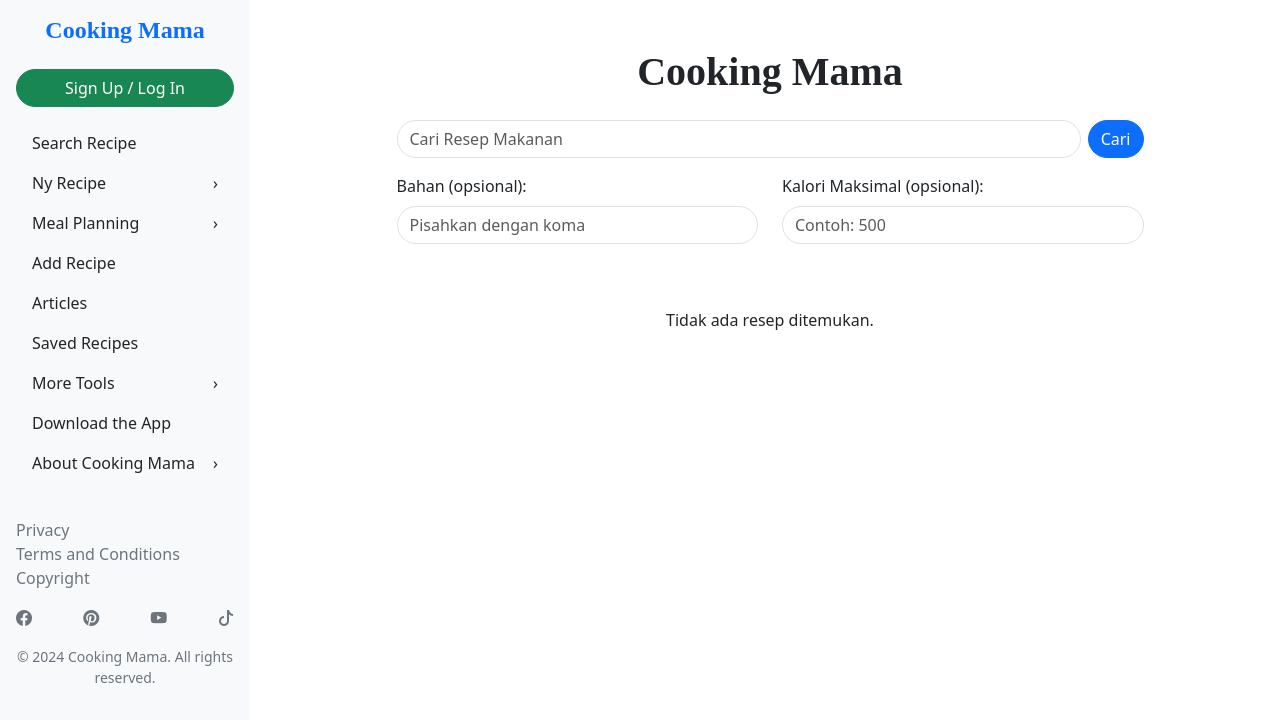
Repository: julius2510/UAS_Frontend_Kelompok10
Page: views/index.html
An editor plug-in stored every save of this project. The page is shown before and after the next save, followed by the edit.
The browser window is 1280 px wide. The pictures show the whole page.
The page's requests for data from a server got no answer.

Above is the page before, as saved 2024-11-24 12:09:56.
Console error: TypeError: Cannot read properties of null (reading 'addEventListener')

### views/index.html
<!DOCTYPE html>
<html lang="en">
<head>
  <meta charset="UTF-8">
  <meta name="viewport" content="width=device-width, initial-scale=1.0">
  <title>Cooking Mama</title>
  <link href="https://cdn.jsdelivr.net/npm/bootstrap@5.3.0/dist/css/bootstrap.min.css" rel="stylesheet">
  <link href="https://cdn.jsdelivr.net/npm/bootstrap-icons/font/bootstrap-icons.css" rel="stylesheet">
</head>
<body>
  <div class="d-flex">
    <!-- Sidebar Navbar -->
    <nav class="bg-light p-3 d-flex flex-column justify-content-between" style="width: 250px; height: 100vh; position: fixed; top: 0; left: 0; overflow-y: auto;">
      <!-- Header -->
      <div>
          <h2 class="fs-4 fw-bold text-primary text-center" style="font-family: cursive;">Cooking Mama</h2>
        <a href="/loginin" style="text-decoration: none;">
        <button class="btn btn-success w-100 rounded-pill my-3">Sign Up / Log In</button>
      </a>
        <ul class="nav flex-column">
          <!-- Search Recipe -->
          <li class="nav-item">
            <a href="/searchrecipe" class="nav-link text-dark">Search Recipe<span class="float-end"></span></a>
          </li>
          <li class="nav-item">
            <a class="nav-link text-dark" data-bs-toggle="collapse" href="#myRecipe" role="button" aria-expanded="false" aria-controls="myRecipe">
              Ny Recipe <span class="float-end">&rsaquo;</span>
            </a>
            <div class="collapse" id="myRecipe">
              <ul class="list-unstyled ps-3">
                <li><a href="/views/addRecipe.html" class="nav-link text-secondary">Add Recipe</a></li>
                <li><a href="/views/searchrecipe.html" class="nav-link text-secondary">Search Recipe</a></li>
              </ul>
            </div>
          </li>
          <!-- Meal Planning -->
          <li class="nav-item">
            <a class="nav-link text-dark" data-bs-toggle="collapse" href="#collapseMealPlanning" role="button" aria-expanded="false" aria-controls="collapseMealPlanning">
              Meal Planning <span class="float-end">&rsaquo;</span>
            </a>
            <div class="collapse" id="collapseMealPlanning">
              <ul class="list-unstyled ps-3">
                <li><a href="#" class="nav-link text-secondary">Weekly Plan</a></li>
                <li><a href="#" class="nav-link text-secondary">Shopping List</a></li>
              </ul>
            </div>
          </li>
          <!-- Recipes -->
          <li class="nav-item">
            <a href="/addrecipe" class="nav-link text-dark">Add Recipe<span class="float-end"></span></a>
          </li>
          <!-- Articles -->
          <li class="nav-item">
            <a href="/article" class="nav-link text-dark">Articles <span class="float-end"></span></a>
          </li>
          <!-- Saved Recipes -->
          <li class="nav-item">
            <a href="/resep" class="nav-link text-dark">Saved Recipes <span class="float-end"></span></a>
          </li>
          <!-- More Tools -->
          <li class="nav-item">
            <a class="nav-link text-dark" data-bs-toggle="collapse" href="#collapseTools" role="button" aria-expanded="false" aria-controls="collapseTools">
              More Tools <span class="float-end">&rsaquo;</span>
            </a>
            <div class="collapse" id="collapseTools">
              <ul class="list-unstyled ps-3">
                <li><a href="#" class="nav-link text-secondary">Cooking Timer</a></li>
                <li><a href="#" class="nav-link text-secondary">Measurement Converter</a></li>
              </ul>
            </div>
          </li>
          <!-- Download the App -->
          <li class="nav-item">
            <a href="#" class="nav-link text-dark">Download the App <span class="float-end"></span></a>
          </li>

          <li class="nav-item">
            <a class="nav-link text-dark" data-bs-toggle="collapse" href="#collapseAbout" role="button" aria-expanded="false" aria-controls="collapseTools">
              About Cooking Mama <span class="float-end">&rsaquo;</span>
            </a>
            <div class="collapse" id="collapseAbout">
              <ul class="list-unstyled ps-3">
                <li><a href="/about#about" class="nav-link text-secondary">About Us</a></li>
                <li><a href="/about#contact" class="nav-link text-secondary">Contact Us</a></li>
                <li><a href="/about#faq" class="nav-link text-secondary">FAQ</a></li>
              </ul>
            </div>
          </li>
        </ul>


      </div>

      <!-- Footer -->
      <div>

        <ul class="list-unstyled">
          <li><a href="#" class="nav-link text-secondary">Privacy</a></li>
          <li><a href="#" class="nav-link text-secondary">Terms and Conditions</a></li>
          <li><a href="#" class="nav-link text-secondary">Copyright</a></li>
        </ul>
        <div class="d-flex justify-content-between mt-3">
          <a href="#" class="text-secondary"><i class="bi bi-facebook"></i></a>
          <a href="#" class="text-secondary"><i class="bi bi-pinterest"></i></a>
          <a href="#" class="text-secondary"><i class="bi bi-youtube"></i></a>
          <a href="#" class="text-secondary"><i class="bi bi-tiktok"></i></a>
        </div>
        <p class="text-secondary mt-3 text-center small">© 2024 Cooking Mama. All rights reserved.</p>
      </div>
    </nav>

<!-- Main Content -->
<div class="container mt-5" style="margin-left: 260px;">
  <h1 class="text-center mb-4 fs-1 fw-bold" style="font-family: cursive;">Cooking Mama</h1>
  <div class="d-flex justify-content-center">
    <form id="searchForm" class="d-flex flex-column w-75">
      <div class="input-group mb-3">
        <input type="text" id="query" class="form-control me-2 rounded-pill" placeholder="Cari Resep Makanan">
        <button type="submit" class="btn btn-primary rounded-pill">Cari</button>
      </div>
      <!-- Filter options -->
      <div class="row mb-3">
        <div class="col-md-6">
          <label for="ingredients" class="form-label">Bahan (opsional):</label>
          <input type="text" id="ingredients" class="form-control rounded-pill" placeholder="Pisahkan dengan koma">
        </div>
        <div class="col-md-6">
          <label for="maxCalories" class="form-label">Kalori Maksimal (opsional):</label>
          <input type="number" id="maxCalories" class="form-control rounded-pill" placeholder="Contoh: 500">
        </div>
      </div>
    </form>
  </div>
  <div id="results" class="row g-4 mt-4"></div>
  <div id="recipeDetails" class="mt-5"></div>
</div>





  <script>
const apiKey = 'c30bb4e46d6d4ec082eb3f1c8cf1c071';
const searchForm = document.getElementById('searchForm');
const resultsDiv = document.getElementById('results');
const recipeDetailsDiv = document.getElementById('recipeDetails');

// Fungsi untuk mendapatkan resep default (12 resep pertama)
async function getDefaultRecipes() {
  const apiUrl = `https://api.spoonacular.com/recipes/complexSearch?apiKey=${apiKey}&number=12`; // Ambil 12 resep pertama
  try {
    const response = await fetch(apiUrl);
    const data = await response.json();
    return data.results;
  } catch (error) {
    console.error('Error fetching recipes:', error);
    resultsDiv.innerHTML = `<p class="text-danger text-center">Terjadi kesalahan saat mengambil data.</p>`;
  }
}

// Fungsi untuk mendapatkan data resep berdasarkan pencarian
async function getRecipes(query, ingredients = '', maxCalories = '') {
  let apiUrl = `https://api.spoonacular.com/recipes/complexSearch?apiKey=${apiKey}`;
  if (query) apiUrl += `&query=${query}`;
  if (ingredients) apiUrl += `&includeIngredients=${ingredients}`;
  if (maxCalories) apiUrl += `&maxCalories=${maxCalories}`;

  try {
    const response = await fetch(apiUrl);
    const data = await response.json();
    return data.results;
  } catch (error) {
    console.error('Error fetching recipes:', error);
    resultsDiv.innerHTML = `<p class="text-danger text-center">Terjadi kesalahan saat mengambil data.</p>`;
  }
}

// Fungsi untuk menampilkan data resep
function displayRecipes(recipes) {
  resultsDiv.innerHTML = '';
  recipeDetailsDiv.innerHTML = ''; // Bersihkan detail sebelumnya
  if (!recipes || recipes.length === 0) {
    resultsDiv.innerHTML = '<p class="text-center">Tidak ada resep ditemukan.</p>';
    return;
  }

  recipes.forEach(recipe => {
    console.log(`Displaying recipe: ID=${recipe.id}, Title=${recipe.title}`); // Debug log
    const recipeCard = `
      <div class="col-md-4">
        <div class="card shadow-lg border-0 h-100" style="overflow: hidden; transition: transform 0.3s;">
          <img src="${recipe.image}" class="card-img-top" alt="${recipe.title}" style="height: 200px; object-fit: cover;">
          <div class="card-body d-flex flex-column">
            <h5 class="card-title text-primary fw-bold">${recipe.title}</h5>
            <p class="text-secondary small">Cocok untuk menu harian anda!</p>
            <div class="mt-auto">
              <button class="btn btn-success w-100 mb-2 rounded-pill" onclick="showRecipeDetails(${recipe.id})">
                <i class="bi bi-eye"></i> Lihat Detail
              </button>
              <button class="btn btn-success w-100 rounded-pill" onclick="saveRecipe(${recipe.id}, '${recipe.title}', '${recipe.image}')">
  <i class="bi bi-bookmark"></i> Save Recipe
</button>
            </div>
          </div>
        </div>
      </div>
    `;
    resultsDiv.innerHTML += recipeCard;
  });

  // Tambahkan efek hover ke semua kartu
  const cards = document.querySelectorAll('.card');
  cards.forEach(card => {
    card.addEventListener('mouseover', () => {
      card.style.transform = 'scale(1.05)';
    });
    card.addEventListener('mouseout', () => {
      card.style.transform = 'scale(1)';
    });
  });
}

// Fungsi untuk mendapatkan detail resep
async function getRecipeDetails(recipeId) {
  const apiUrl = `https://api.spoonacular.com/recipes/${recipeId}/information?apiKey=${apiKey}`;
  try {
    const response = await fetch(apiUrl);
    const data = await response.json();
    return data;
  } catch (error) {
    console.error('Error fetching recipe details:', error);
    recipeDetailsDiv.innerHTML = `<p class="text-danger text-center">Terjadi kesalahan saat mengambil detail resep.</p>`;
  }
}

async function showRecipeDetails(recipeId) {
  recipeDetailsDiv.innerHTML = '<p class="text-center">Memuat detail...</p>'; // Indikator loading
  const recipe = await getRecipeDetails(recipeId);
  if (!recipe) {
    recipeDetailsDiv.innerHTML = `<p class="text-danger text-center">Gagal memuat detail resep.</p>`;
    return;
  }

  recipeDetailsDiv.innerHTML = `
    <div class="card shadow-lg">
      <div class="card-header bg-primary text-white">
        <h2>${recipe.title}</h2>
      </div>
      <div class="card-body">
        <img src="${recipe.image}" class="img-fluid mb-3 rounded" alt="${recipe.title}">
        <h5 class="fw-bold">Bahan-Bahan:</h5>
        <ul>
          ${
            recipe.extendedIngredients && recipe.extendedIngredients.length > 0
              ? recipe.extendedIngredients.map(ing => `<li>${ing.original}</li>`).join('')
              : '<li>Tidak ada bahan tersedia.</li>'
          }
        </ul>
        <h5 class="fw-bold">Langkah-Langkah:</h5>
        <ol>
          ${
            recipe.analyzedInstructions && recipe.analyzedInstructions.length > 0
              ? recipe.analyzedInstructions[0].steps.map(step => `<li>${step.step}</li>`).join('')
              : '<li>Tidak ada langkah tersedia.</li>'
          }
        </ol>
        <button class="btn btn-secondary mt-3" onclick="recipeDetailsDiv.innerHTML=''">Tutup</button>
      </div>
    </div>
  `;
}
// Event listener untuk form pencarian resep
searchForm.addEventListener('submit', async (e) => {
  e.preventDefault();
  const query = document.getElementById('query').value;
  const ingredients = document.getElementById('ingredients').value;
  const maxCalories = document.getElementById('maxCalories').value;

  const recipes = await getRecipes(query, ingredients, maxCalories);
  displayRecipes(recipes);
});

// Fungsi untuk menyimpan resep
function saveRecipe(id, title, image) {
  const user = JSON.parse(localStorage.getItem('user'));

  // Cek apakah pengguna sudah login
  if (!user) {
    alert("Silakan login terlebih dahulu untuk menyimpan resep.");
    window.location.href = "/login"; // Arahkan pengguna ke halaman login
    return;
  }

  const savedRecipes = JSON.parse(localStorage.getItem('savedRecipes')) || [];
  savedRecipes.push({ id, title, image }); // Tambahkan id ke data yang disimpan
  localStorage.setItem('savedRecipes', JSON.stringify(savedRecipes));
  alert(`Resep "${title}" telah disimpan!`);
}

// Menampilkan 12 resep default saat halaman pertama kali dimuat
document.addEventListener('DOMContentLoaded', async function () {
  const defaultRecipes = await getDefaultRecipes();
  displayRecipes(defaultRecipes);
});

document.addEventListener('DOMContentLoaded', function () {
    // Cek apakah pengguna sudah login
    const user = JSON.parse(localStorage.getItem('user'));
    if (user) {
      updateNavbarForLoggedInUser(user);
    }

    // Tambahkan event listener untuk form login dan signup
    document.getElementById("loginForm").addEventListener("submit", handleFormSubmit);
    document.getElementById("signupForm").addEventListener("submit", handleFormSubmit);
  });

  async function handleFormSubmit(event) {
    event.preventDefault();

    const formData = new FormData(event.target);
    const formType = event.target.id; // loginForm atau signupForm
    const data = Object.fromEntries(formData.entries());
    const formAction = formType === "loginForm"
      ? "http://localhost:3000/login"
      : "http://localhost:3000/signup";

    try {
      const response = await fetch(formAction, {
        method: "POST",
        headers: {
          "Content-Type": "application/json",
        },
        body: JSON.stringify(data),
      });

      if (!response.ok) {
        const error = await response.json();
        alert(error.message || "Terjadi kesalahan");
        return;
      }

      const result = await response.json();
      // Simpan data pengguna ke localStorage
      localStorage.setItem("user", JSON.stringify(result.user));

      // Update navbar dengan informasi pengguna
      updateNavbarForLoggedInUser(result.user);

      // Arahkan ke halaman utama atau profil
      window.location.href = "/";
    } catch (error) {
      alert("Terjadi kesalahan: " + error.message);
    }
  }

  function updateNavbarForLoggedInUser(user) {
    const navbar = document.querySelector("nav");
    const signupLoginButton = navbar.querySelector(".btn");
    const userProfileHtml = `
      <div class="d-flex align-items-center ms-5">
        <i class="bi bi-person-circle fs-3 text-secondary me-2"></i>
        <a href="/profile" style="text-decoration: none;">${user.name}</a>
      </div>
    `;
    signupLoginButton.outerHTML = userProfileHtml;
  }

  </script>
  <script src="https://cdn.jsdelivr.net/npm/bootstrap@5.3.0/dist/js/bootstrap.bundle.min.js"></script>
  <script src="https://cdn.jsdelivr.net/npm/bootstrap-icons/font/bootstrap-icons.js"></script>
</body>
</html>

After the next save:
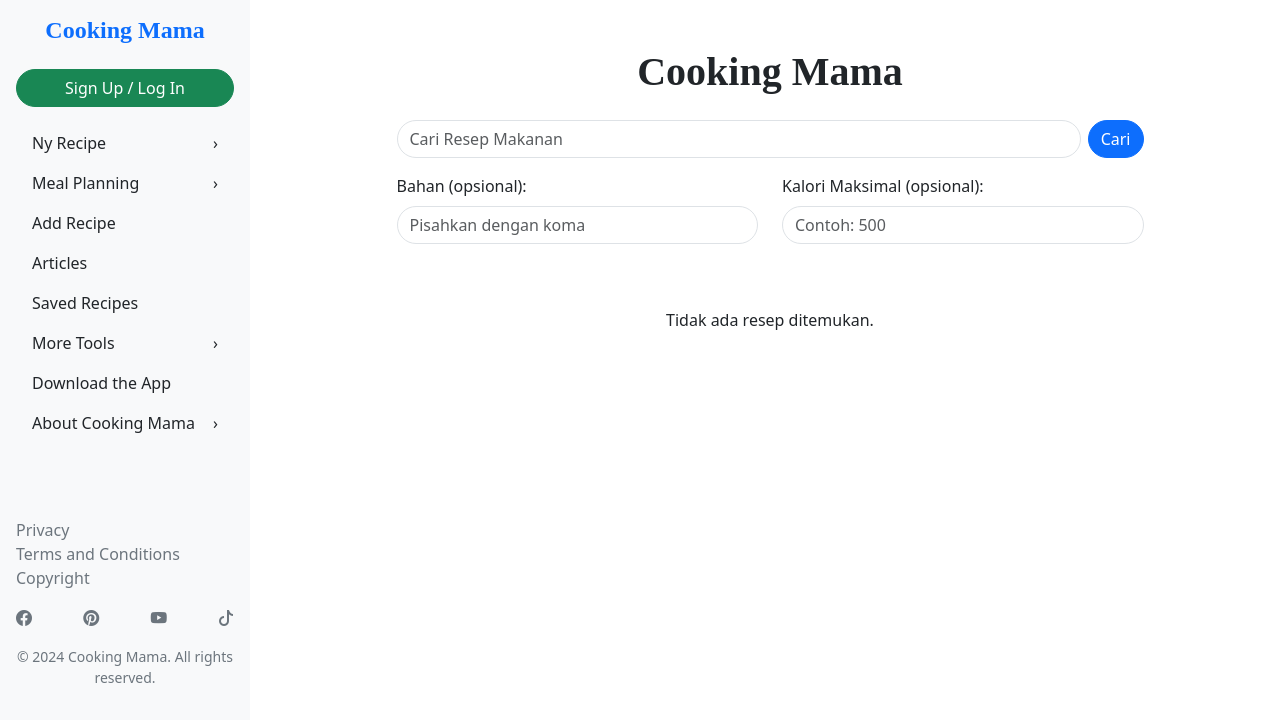
Saved 11 s later.
--- a/views/index.html
+++ b/views/index.html
@@ -20,9 +20,6 @@
         <ul class="nav flex-column">
           <!-- Search Recipe -->
           <li class="nav-item">
-            <a href="/searchrecipe" class="nav-link text-dark">Search Recipe<span class="float-end"></span></a>
-          </li>
-          <li class="nav-item">
             <a class="nav-link text-dark" data-bs-toggle="collapse" href="#myRecipe" role="button" aria-expanded="false" aria-controls="myRecipe">
               Ny Recipe <span class="float-end">&rsaquo;</span>
             </a>
